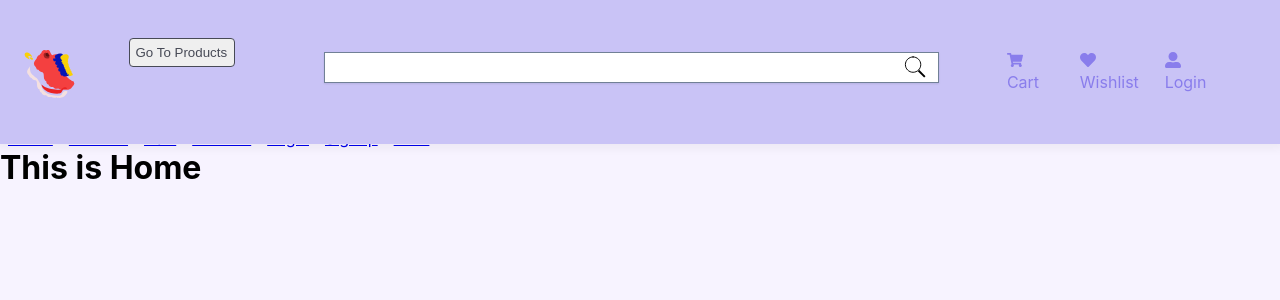
Repository: Irfan-vit/shoecase
Page: /
These files come from the project's save history. The page is drawn as it stood at one moment and after the next save; the edit follows.
The browser window is 1280 px wide. The pictures show the whole page.
The page's requests for data from a server got no answer. The project was rebuilt for these pictures with package versions that can differ from the ones it lists, and the page was loaded fresh each time. No one was signed in, and anything a server would have sent is missing. Also part of the build but not shown: src/pages/Product/ProductPage.jsx, src/pages/cart/CartPage.jsx, src/pages/wishlist/WishlistPage.jsx, src/pages/login/LoginPage.jsx, src/pages/signup/SignupPage.jsx, src/pages/user/StyledUser.jsx, src/components/forms/addAddress/AddAddress.jsx, src/components/forms/editAddress/EditAddress.jsx and 4 more.

Above is the page before, as saved 2023-05-22 04:55:10.

After the next save:
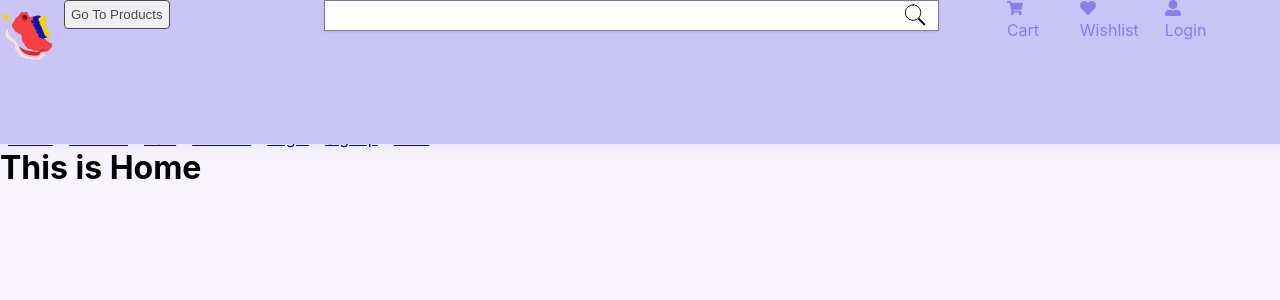
Saved 10 s later.
--- a/src/styles/NavBarStyles.jsx
+++ b/src/styles/NavBarStyles.jsx
@@ -38,7 +38,7 @@ const StyledNav = styled.nav`
     display: flex;
     flex-flow: row wrap;
     justify-content: space-between;
-    align-items: center;
+    align-items
     > :nth-child(1) {
       display: flex;
       flex-flow: row;
